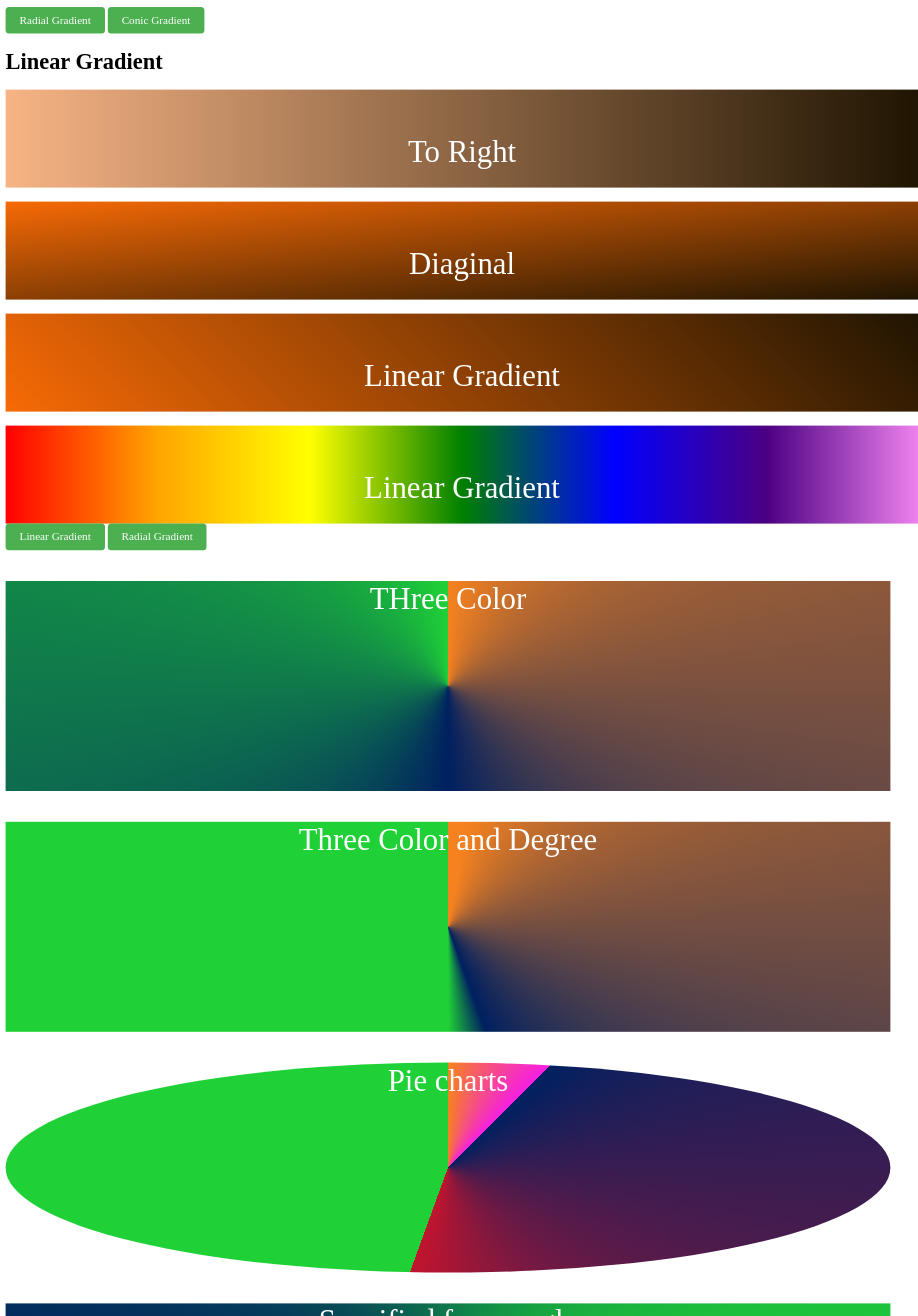
Repository: Pema-yangki/Css
Page: color.html
An editor plug-in stored every save of this project. The page is shown before and after a run of saves, followed by the edit.
The browser window is 1280 px wide. The page is 1312 px wide, so the pictures cover 1312 px, including what lies to the right of the window. The pictures show the part of the page from y = 4620 to 6500 px (the page is 7134 px tall), at 70% of full size.

Above is the page before, as saved 2024-03-27 10:43:27.

After the next 2 saves:
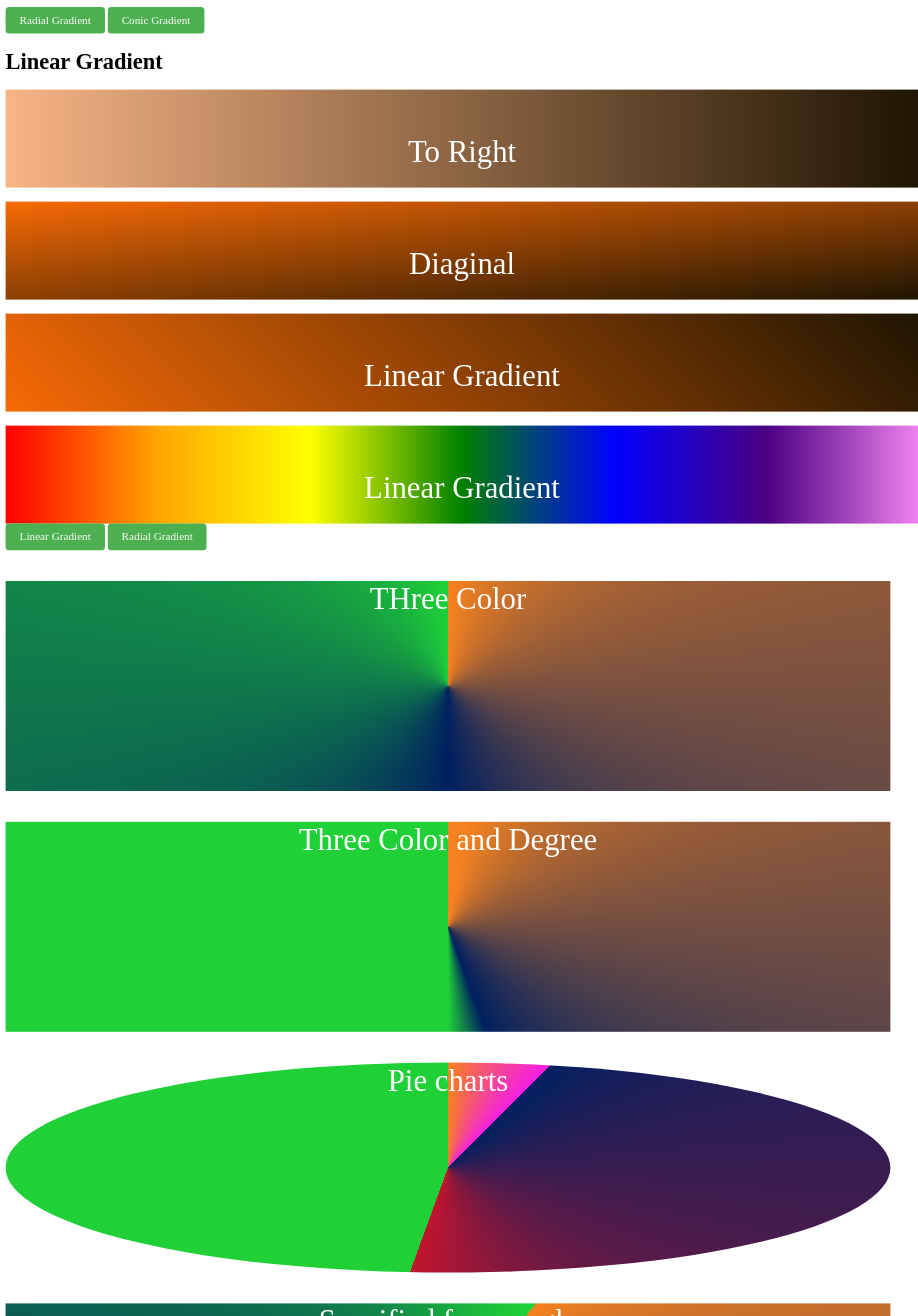
The 2 saves are shown as one change because they came seconds apart.
The last was saved 3 min 5 s later.
--- a/color.html
+++ b/color.html
@@ -127,7 +127,7 @@
 }
 
 .withangle{
-    background-image: conic-gradient(from 90deg,
+    background-image: conic-gradient(from 40deg,
 #f6821f ,#002060,#1fd137);
 height: 300px;
 }

After the 2 saves that followed:
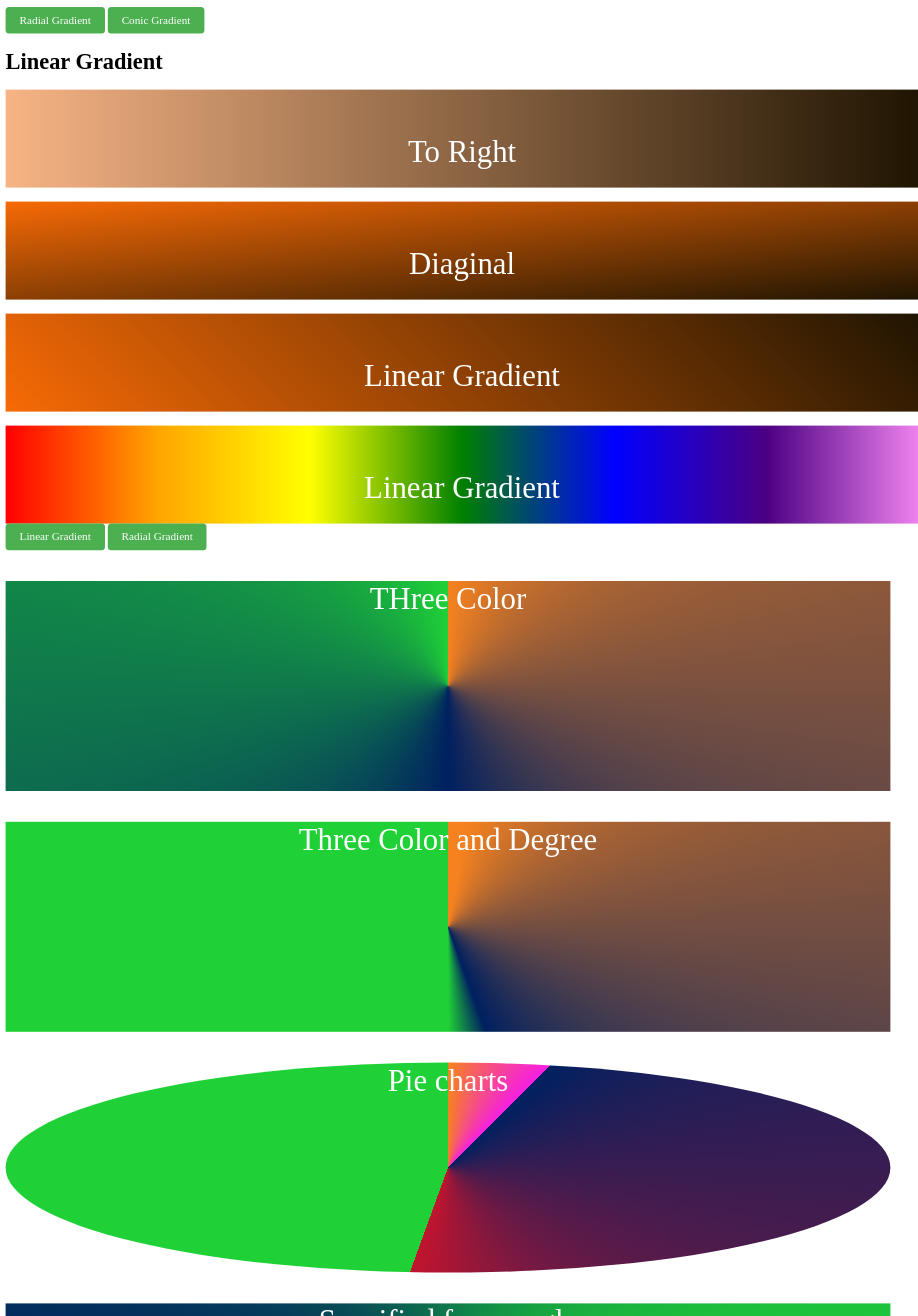
The 2 saves are shown as one change because they came seconds apart.
The last was saved 17 s later.
--- a/color.html
+++ b/color.html
@@ -127,7 +127,7 @@
 }
 
 .withangle{
-    background-image: conic-gradient(from 40deg,
+    background-image: conic-gradient(from 90deg,
 #f6821f ,#002060,#1fd137);
 height: 300px;
 }
